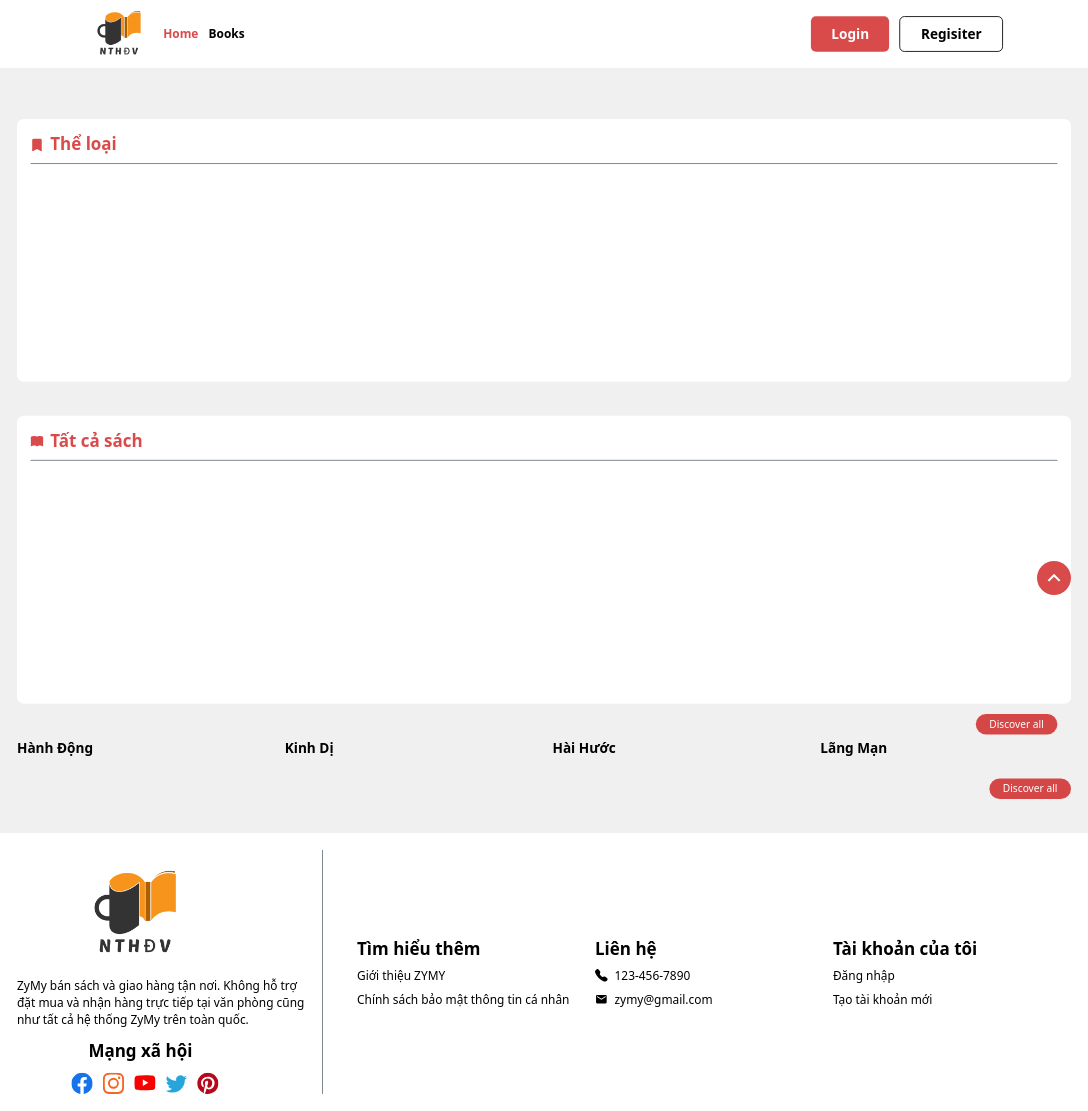
Repository: NguyenDinhThuyVy/website_selling_books
Page: / (app in FrontEnd/)
The author's editor kept a copy of each file at every save. The page is drawn from the files as they stood at one save, then again after the next save.
The browser window is 1280 px wide. The pictures show the whole page, at 85% of full size.
The page's requests for data from a server got no answer. The project was rebuilt for these pictures with package versions that can differ from the ones it lists, and the page was loaded fresh each time. Some packages were replaced by stand-ins written for this rebuild. The framework's server and built-in components were replaced by stand-ins that run in the browser. No one was signed in, and anything a server would have sent is missing. Also part of the build but not shown: FrontEnd/next.config.js, FrontEnd/src/components/InforLogin/styles.scss, FrontEnd/src/components/InforLogin/index.jsx, FrontEnd/src/app/(default)/(public)/home/components/CategoryColumn/CategoryColumnContent/index.jsx, FrontEnd/src/styles/CategoryItem.scss, FrontEnd/src/app/(default)/(public)/home/components/CategoryItem/index.jsx, FrontEnd/src/app/(default)/(public)/home/components/BannerItem/index.jsx, FrontEnd/src/styles/BookItem.scss and 1 more.

Above is the page before, as saved 2023-12-10 15:05:18.

After the next save:
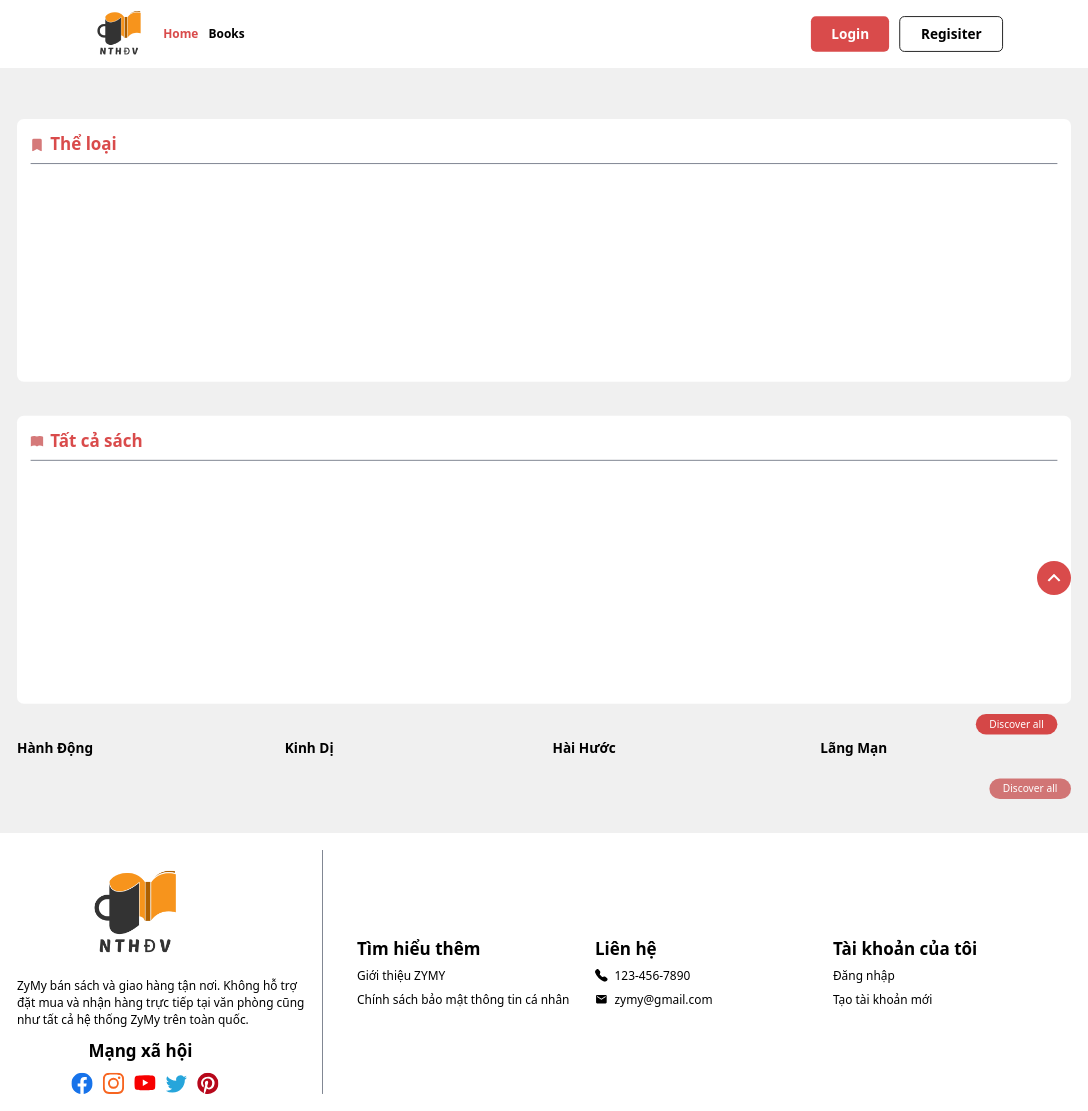
Saved 17 s later.
--- a/FrontEnd/src/app/(default)/(public)/home/index.jsx
+++ b/FrontEnd/src/app/(default)/(public)/home/index.jsx
@@ -24,14 +24,14 @@
       <div className="mt-10 wrapper-content">
         <div className="w-full p-4 bg-white rounded-lg">
           <div className="flex items-center pb-2 border-b border-b-gray-500 gap-x-2">
-            <BsFillBookmarkFill size="15px" color="#ce1515c4" />
+            <BsFillBookmarkFill size="15px" color="#c95151c4" />
             <Heading>Thể loại</Heading>
           </div>
           <Category />
         </div>
         <div className="w-full p-4 mt-10 bg-white rounded-lg">
           <div className="flex items-center pb-2 border-b border-b-gray-500 gap-x-2">
-            <BsFillBookFill size="15px" color="#ce1515c4" />
+            <BsFillBookFill size="15px" color="#c95151c4" />
             <Heading>Tất cả sách</Heading>
           </div>
           <BookList />
@@ -53,7 +53,7 @@
         <span className="flex justify-end mt-3">
           <Link
             href={routes.ALLBOOK}
-            className="inline-block py-1 text-xs px-4 bg-[#ce1515c4] text-white rounded-3xl hover:bg-opacity-70 transition-all"
+            className="inline-block py-1 text-xs px-4 bg-[#c95151c4] text-white rounded-3xl hover:bg-opacity-70 transition-all"
           >
             Discover all
           </Link>

After the save that followed:
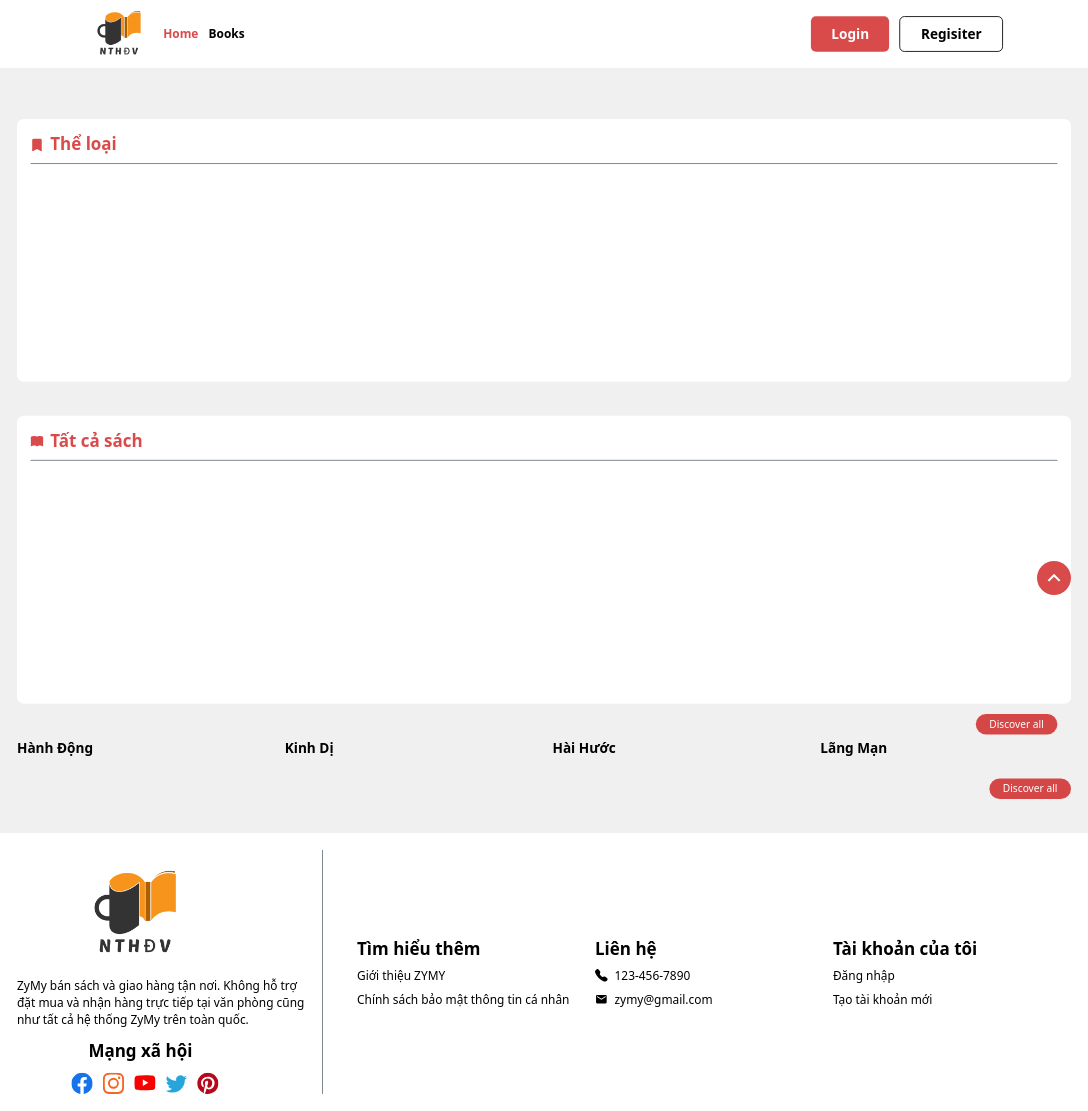
Saved 8 s later.
--- a/FrontEnd/src/app/(default)/(public)/home/index.jsx
+++ b/FrontEnd/src/app/(default)/(public)/home/index.jsx
@@ -24,14 +24,14 @@
       <div className="mt-10 wrapper-content">
         <div className="w-full p-4 bg-white rounded-lg">
           <div className="flex items-center pb-2 border-b border-b-gray-500 gap-x-2">
-            <BsFillBookmarkFill size="15px" color="#c95151c4" />
+            <BsFillBookmarkFill size="15px" color="#ce1515c4" />
             <Heading>Thể loại</Heading>
           </div>
           <Category />
         </div>
         <div className="w-full p-4 mt-10 bg-white rounded-lg">
           <div className="flex items-center pb-2 border-b border-b-gray-500 gap-x-2">
-            <BsFillBookFill size="15px" color="#c95151c4" />
+            <BsFillBookFill size="15px" color="#ce1515c4" />
             <Heading>Tất cả sách</Heading>
           </div>
           <BookList />
@@ -53,7 +53,7 @@
         <span className="flex justify-end mt-3">
           <Link
             href={routes.ALLBOOK}
-            className="inline-block py-1 text-xs px-4 bg-[#c95151c4] text-white rounded-3xl hover:bg-opacity-70 transition-all"
+            className="inline-block py-1 text-xs px-4 bg-[#ce1515c4] text-white rounded-3xl hover:bg-opacity-70 transition-all"
           >
             Discover all
           </Link>
